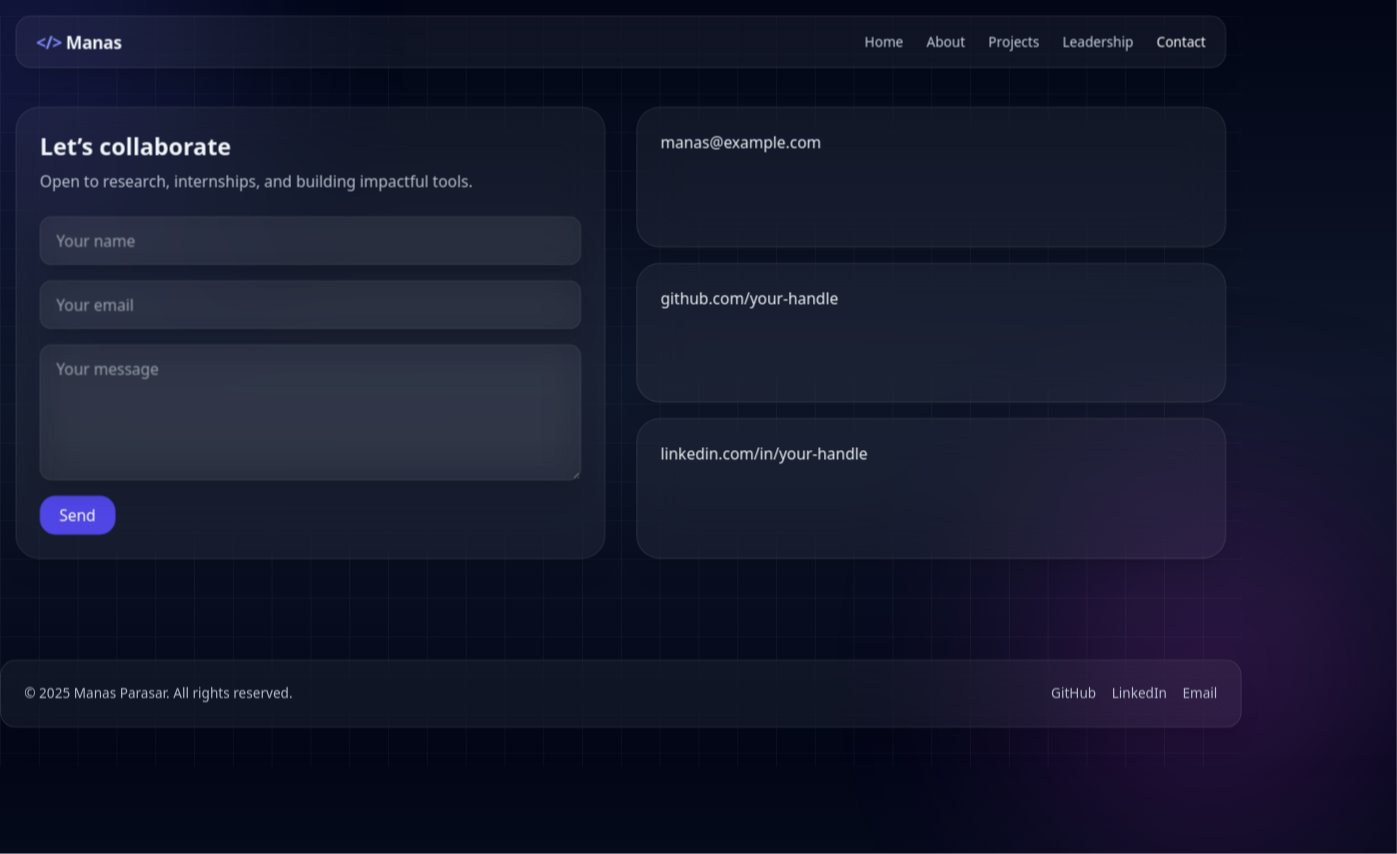
Repository: Manas-Parasar/portfolio-manas-parasar
Page: /contact
The author's editor kept a copy of each file at every save. The page is drawn from the files as they stood at one save, then again after the next save.
The browser window is 1280 px wide. The page is 1440 px wide, so the pictures cover 1440 px, including what lies to the right of the window. The pictures show the whole page, at 97% of full size.
The project was rebuilt for these pictures with package versions that can differ from the ones it lists, and the page was loaded fresh each time. Also part of the build but not shown: vite.config.js, src/components/Hero.jsx, src/components/Section.jsx, src/components/ProjectCard.jsx, src/pages/Home.jsx, src/pages/About.jsx, src/pages/Projects.jsx, src/components/TimelineItem.jsx and 1 more.

Above is the page before, as saved 2025-08-19 17:24:15.

### index.html
<!DOCTYPE html>
<html lang="en">
  <head>
    <meta charset="UTF-8" />
    <meta name="viewport" content="width=device-width, initial-scale=1.0" />
    <title>Manas Parasar — Portfolio</title>
    <meta
      name="description"
      content="Portfolio of Manas Parasar: projects, leadership, research, and impact."
    />
    <link rel="icon" href="/favicon.svg" />
  </head>
  <body
    class="min-h-screen bg-gradient-to-b from-slate-950 via-slate-900 to-slate-950 text-slate-100"
  >
    <div id="root"></div>
    <script type="module" src="/src/main.jsx"></script>
  </body>
</html>

### src/main.jsx
import { BrowserRouter } from "react-router-dom";
import "./index.css";
import React from "react";
import ReactDOM from "react-dom/client";
import App from "./App";

ReactDOM.createRoot(document.getElementById("root")).render(
  <React.StrictMode>
    <BrowserRouter>
      <App />
    </BrowserRouter>
  </React.StrictMode>
);

### src/index.css
@tailwind base;
@tailwind components;
@tailwind utilities;

/* Subtle selection & scrollbar tweaks */
::selection {
  background: #6366f1;
  color: white;
}
::-webkit-scrollbar {
  width: 10px;
}
::-webkit-scrollbar-thumb {
  background: rgba(148, 163, 184, 0.4);
  border-radius: 999px;
}

/* Reusable utilities */
@layer utilities {
  .glass {
    @apply bg-white/5 backdrop-blur-xl border border-white/10 shadow-xl;
  }
  .btn {
    @apply inline-flex items-center gap-2 rounded-2xl px-5 py-2 font-medium transition;
  }
  .btn-primary {
    @apply btn bg-brand-600 hover:bg-brand-500 text-white;
  }
  .btn-ghost {
    @apply btn glass hover:bg-white/10;
  }
  .headline {
    @apply text-4xl md:text-5xl font-extrabold tracking-tight;
  }
  .subtle {
    @apply text-slate-300/90;
  }
}

### src/App.jsx
import { Routes, Route } from "react-router-dom";
import Navbar from "./components/Navbar";
import Footer from "./components/Footer";
import Home from "./pages/Home";
import About from "./pages/About";
import Projects from "./pages/Projects";
import Leadership from "./pages/Leadership";
import Contact from "./pages/Contact";

export default function App() {
  return (
    <div className="min-h-screen bg-grid-sheer bg-grid-sheer bg-[length:40px_40px]">
      <div className="absolute inset-0 -z-10 opacity-70" aria-hidden>
        <div className="absolute -top-40 -left-40 h-96 w-96 rounded-full bg-brand-500 blur-[120px] opacity-30 animate-float" />
        <div className="absolute -bottom-40 -right-40 h-96 w-96 rounded-full bg-fuchsia-500 blur-[120px] opacity-30 animate-float" />
      </div>
      <Navbar />
      <main className="container py-10">
        <Routes>
          <Route path="/" element={<Home />} />
          <Route path="/about" element={<About />} />
          <Route path="/projects" element={<Projects />} />
          <Route path="/leadership" element={<Leadership />} />
          <Route path="/contact" element={<Contact />} />
        </Routes>
      </main>
      <Footer />
    </div>
  );
}

### src/components/Navbar.jsx
import { Link, NavLink } from "react-router-dom";
import { Menu, X } from "lucide-react";
import { useState } from "react";

export default function Navbar() {
  const [open, setOpen] = useState(false);
  const nav = [
    { to: "/", label: "Home" },
    { to: "/about", label: "About" },
    { to: "/projects", label: "Projects" },
    { to: "/leadership", label: "Leadership" },
    { to: "/contact", label: "Contact" },
  ];

  const NavItems = ({ onClick }) => (
    <ul className="flex flex-col md:flex-row gap-4 md:gap-6 text-sm">
      {nav.map((n) => (
        <li key={n.to}>
          <NavLink
            to={n.to}
            onClick={onClick}
            className={({ isActive }) =>
              `transition hover:text-white ${
                isActive ? "text-white" : "text-slate-300"
              }`
            }
          >
            {n.label}
          </NavLink>
        </li>
      ))}
    </ul>
  );

  return (
    <header className="sticky top-0 z-50">
      <div className="container mt-4">
        <div className="glass rounded-2xl px-5 py-3 flex items-center justify-between">
          <Link to="/" className="font-black tracking-tight text-lg">
            <span className="text-brand-400">&lt;/&gt;</span> Manas
          </Link>
          <nav className="hidden md:block">
            <NavItems />
          </nav>
          <button
            className="md:hidden btn-ghost"
            onClick={() => setOpen(!open)}
            aria-label="Toggle Menu"
          >
            {open ? <X size={20} /> : <Menu size={20} />}
          </button>
        </div>
        {open && (
          <div className="md:hidden mt-2 glass rounded-2xl px-5 py-4">
            <NavItems onClick={() => setOpen(false)} />
          </div>
        )}
      </div>
    </header>
  );
}

### src/components/Footer.jsx
export default function Footer() {
  return (
    <footer className="mt-16 pb-10">
      <div className="container glass rounded-2xl p-6 flex flex-col md:flex-row items-center justify-between gap-4">
        <p className="text-sm subtle">
          © {new Date().getFullYear()} Manas Parasar. All rights reserved.
        </p>
        <div className="text-sm subtle flex gap-4">
          <a
            href="https://github.com/"
            target="_blank"
            className="hover:text-white"
          >
            GitHub
          </a>
          <a
            href="https://linkedin.com/"
            target="_blank"
            className="hover:text-white"
          >
            LinkedIn
          </a>
          <a href="mailto:manas@example.com" className="hover:text-white">
            Email
          </a>
        </div>
      </div>
    </footer>
  );
}

### src/pages/Contact.jsx
export default function Contact() {
  return (
    <div className="grid md:grid-cols-2 gap-8">
      <div className="glass rounded-3xl p-6">
        <h2 className="text-2xl font-bold">Let’s collaborate</h2>
        <p className="subtle mt-2">
          Open to research, internships, and building impactful tools.
        </p>
        <form className="mt-6 grid gap-4" onSubmit={(e) => e.preventDefault()}>
          <input
            className="glass rounded-xl px-4 py-3"
            placeholder="Your name"
          />
          <input
            className="glass rounded-xl px-4 py-3"
            placeholder="Your email"
            type="email"
          />
          <textarea
            className="glass rounded-xl px-4 py-3 min-h-[140px]"
            placeholder="Your message"
          />
          <button className="btn-primary w-fit">Send</button>
        </form>
      </div>
      <div className="grid gap-4">
        <a
          className="glass rounded-3xl p-6 hover:shadow-glow transition"
          href="mailto:manas@example.com"
        >
          manas@example.com
        </a>
        <a
          className="glass rounded-3xl p-6 hover:shadow-glow transition"
          href="https://github.com/"
          target="_blank"
        >
          github.com/your-handle
        </a>
        <a
          className="glass rounded-3xl p-6 hover:shadow-glow transition"
          href="https://linkedin.com/in/"
          target="_blank"
        >
          linkedin.com/in/your-handle
        </a>
      </div>
    </div>
  );
}

### tailwind.config.js
/** @type {import('tailwindcss').Config} */
export default {
  content: ["./index.html", "./src/**/*.{js,jsx,ts,tsx}"],
  theme: {
    extend: {
      container: { center: true, padding: "1rem" },
      fontFamily: {
        display: ["Inter", "ui-sans-serif", "system-ui"],
      },
      colors: {
        brand: {
          50: "#eef2ff",
          100: "#e0e7ff",
          200: "#c7d2fe",
          300: "#a5b4fc",
          400: "#818cf8",
          500: "#6366f1",
          600: "#4f46e5",
          700: "#4338ca",
          800: "#3730a3",
          900: "#312e81",
        },
      },
      boxShadow: {
        glow: "0 0 0 0 rgba(99,102,241,0.5), 0 0 80px 10px rgba(99,102,241,0.25)",
      },
      backgroundImage: {
        "grid-sheer":
          "linear-gradient(rgba(255,255,255,0.04) 1px, transparent 1px), linear-gradient(90deg, rgba(255,255,255,0.04) 1px, transparent 1px)",
      },
      backgroundSize: {
        "grid-sheer": "40px 40px",
      },
      animation: {
        float: "float 6s ease-in-out infinite",
        shimmer: "shimmer 4s linear infinite",
      },
      keyframes: {
        float: {
          "0%, 100%": { transform: "translateY(0px)" },
          "50%": { transform: "translateY(-10px)" },
        },
        shimmer: {
          "0%": { backgroundPosition: "-200% 0" },
          "100%": { backgroundPosition: "200% 0" },
        },
      },
    },
  },
  plugins: [],
};

After the next save:
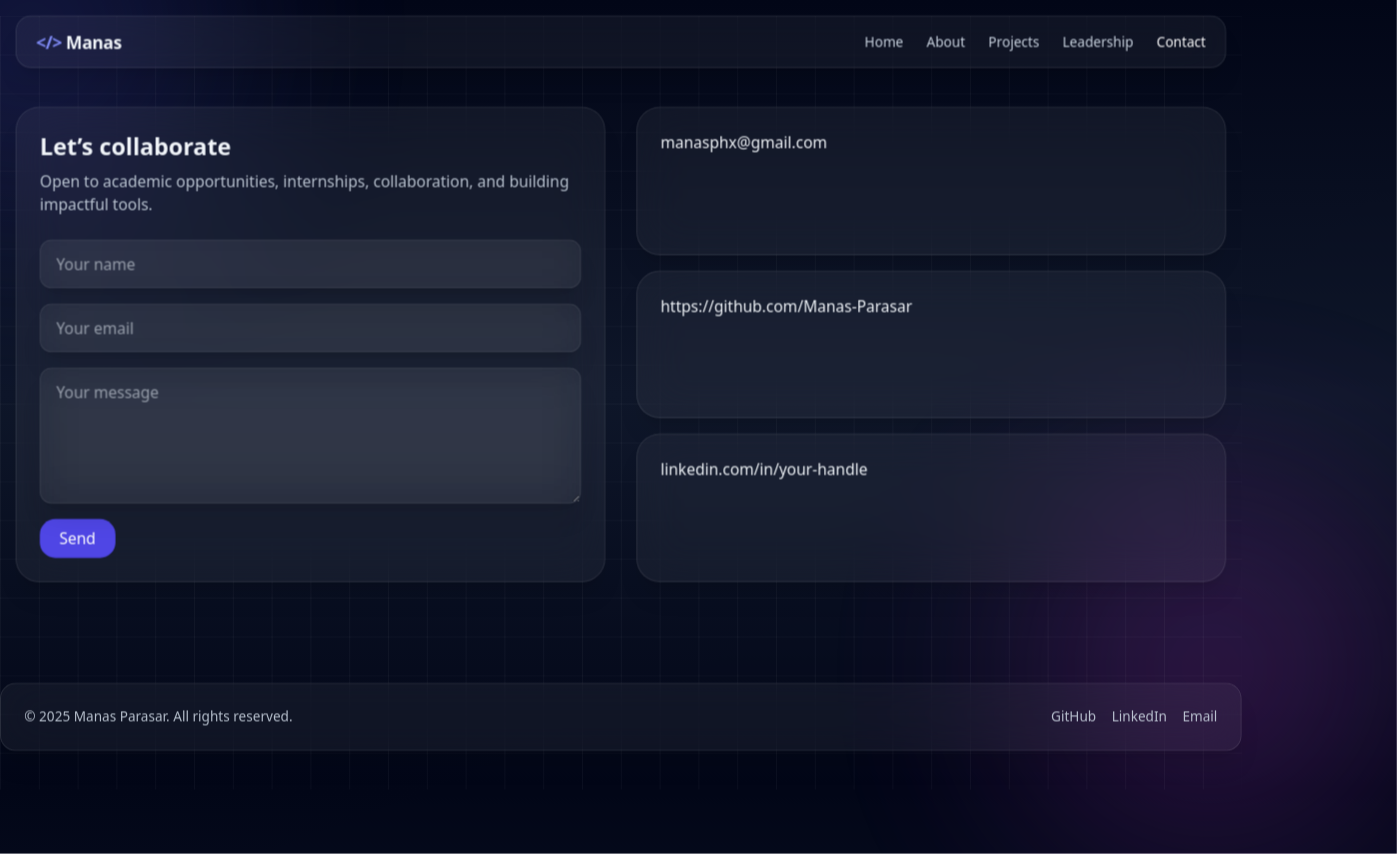
Saved 83 s later.
--- a/src/pages/Contact.jsx
+++ b/src/pages/Contact.jsx
@@ -4,7 +4,8 @@ export default function Contact() {
       <div className="glass rounded-3xl p-6">
         <h2 className="text-2xl font-bold">Let’s collaborate</h2>
         <p className="subtle mt-2">
-          Open to research, internships, and building impactful tools.
+          Open to academic opportunities, internships, collaboration, and
+          building impactful tools.
         </p>
         <form className="mt-6 grid gap-4" onSubmit={(e) => e.preventDefault()}>
           <input
@@ -28,14 +29,14 @@ export default function Contact() {
           className="glass rounded-3xl p-6 hover:shadow-glow transition"
           href="mailto:manas@example.com"
         >
-          manas@example.com
+          manasphx@gmail.com
         </a>
         <a
           className="glass rounded-3xl p-6 hover:shadow-glow transition"
           href="https://github.com/"
           target="_blank"
         >
-          github.com/your-handle
+          https://github.com/Manas-Parasar
         </a>
         <a
           className="glass rounded-3xl p-6 hover:shadow-glow transition"
